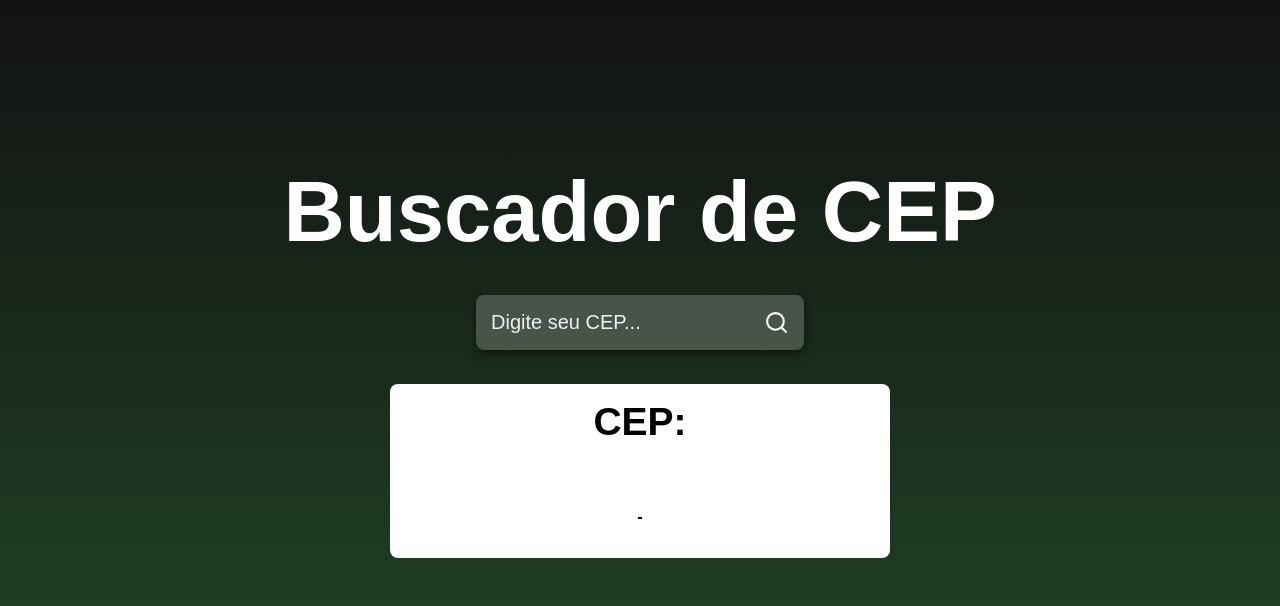
Repository: guipolo09/buscador-de-cep
Page: /
An editor plug-in stored every save of this project. The page is shown before and after the next save, followed by the edit.
The browser window is 1280 px wide. The pictures show the whole page.
The project was rebuilt for these pictures with package versions that can differ from the ones it lists, and the page was loaded fresh each time.

Above is the page before, as saved 2022-06-26 12:35:46.

After the next save:
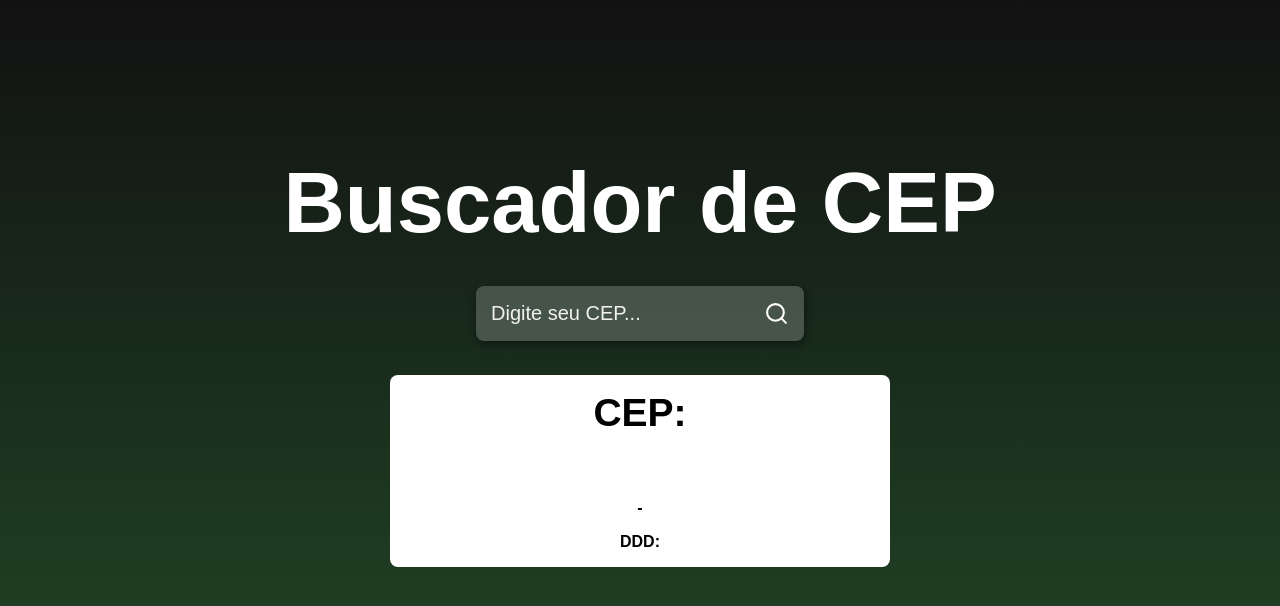
Saved 34 s later.
--- a/src/App.js
+++ b/src/App.js
@@ -44,7 +44,7 @@ function App() {
         <span>
           {cep.localidade} - {cep.uf}
         </span>
-        <span>{cep.ddd}</span>
+        <span>DDD: {cep.ddd}</span>
       </main>
     </div>
   );
